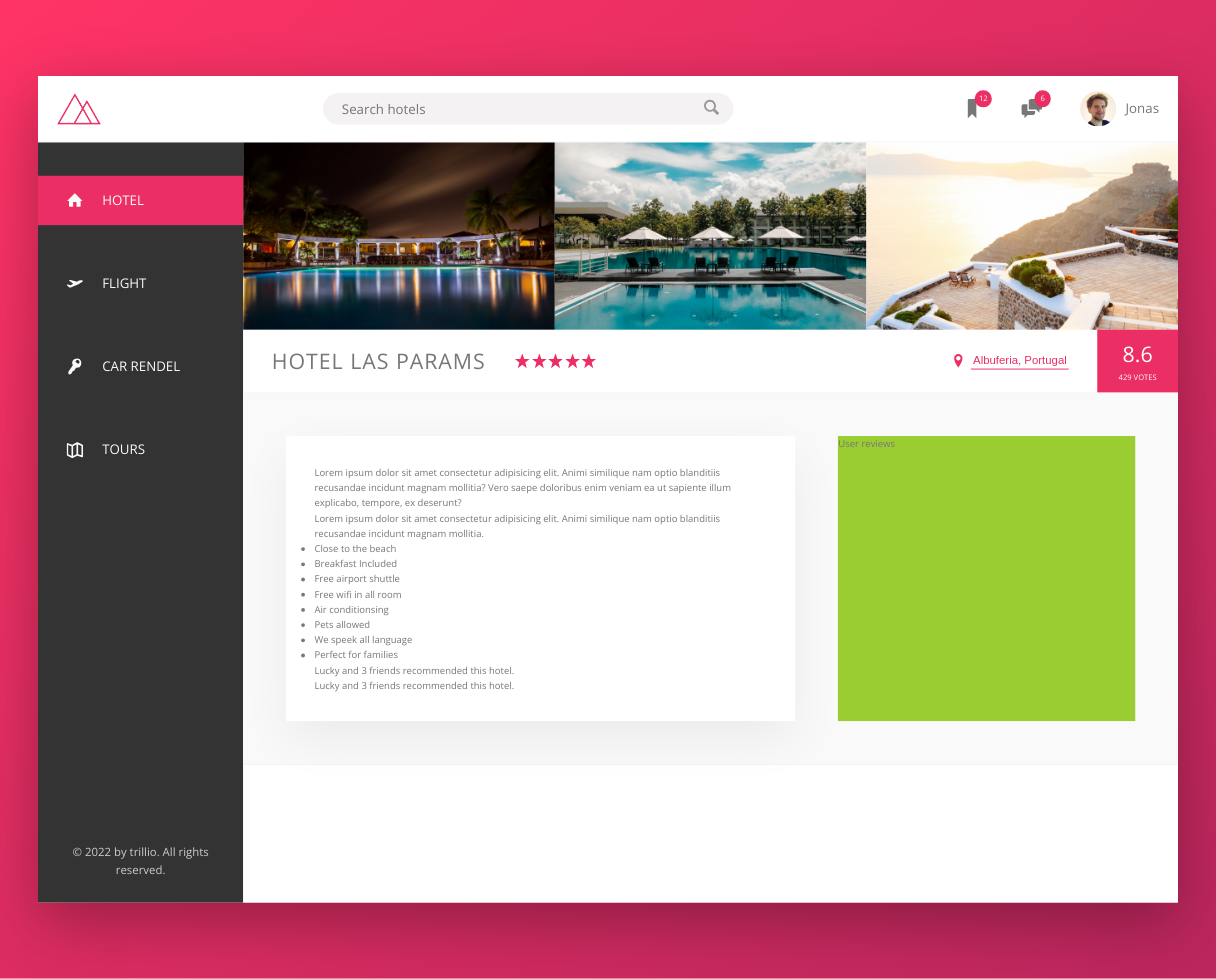
Repository: mohamediyas/flex_website
Page: index.html
The author's editor kept a copy of each file at every save. The page is drawn from the files as they stood at one save, then again after the next save.
The browser window is 1280 px wide. The pictures show the whole page, at 95% of full size.
The style sheet was rebuilt from its Sass, Less or Tailwind sources for each picture, by a compiler version that may differ from the author's.

Above is the page before, as saved 2022-08-06 14:00:11.

### index.html
<!DOCTYPE html>
<html lang="en">
  <head>
    <meta charset="UTF-8" />
    <meta name="viewport" content="width=device-width, initial-scale=1.0" />
    <meta http-equiv="X-UA-Compatible" content="ie=edge" />

    <link
      href="https://fonts.googleapis.com/css?family=Open+Sans:300,400,600"
      rel="stylesheet"
    />
    <link rel="stylesheet" href="css/style.css" />
    <link rel="shortcut icon" type="image/png" href="img/favicon.png" />

    <title>nexter &mdash; your home, your freedom</title>
  </head>
  <body>
    <div class="container">
      <header class="header">
        <img src="img/logo.png" alt="trilio logo" class="logo" />
        <form action="#" class="search">
          <input
            type="text"
            class="search__input"
            placeholder="Search hotels"
          />
          <button class="search__button">
            <svg class="search__icon">
              <use xlink:href="img/sprite.svg#icon-magnifying-glass"></use>
            </svg>
          </button>
        </form>

        <nav class="user-nav">
          <div class="user-nav__icon-box">
            <svg class="user-nav__icon">
              <use xlink:href="img/sprite.svg#icon-bookmark"></use>
            </svg>
            <span class="user-nav__notification">12</span>
          </div>
          <div class="user-nav__icon-box">
            <svg class="user-nav__icon">
              <use xlink:href="img/sprite.svg#icon-chat"></use>
            </svg>
            <span class="user-nav__notification">6</span>
          </div>
          <div class="user-nav__user">
            <img
              src="img/user.jpg"
              alt="user image"
              class="user-nav__user-photo"
            />
            <span class="user-nav__user-name">Jonas</span>
          </div>
        </nav>
      </header>
      <div class="content">
        <nav class="sidebar">
          <ul class="side-nav">
            <li class="side-nav__item side-nav__item--active">
              <a href="#" class="side-nav__link">
                <svg class="side-nav__icon">
                  <use xlink:href="img/sprite.svg#icon-home"></use>
                </svg>
                <span>Hotel</span>
              </a>
            </li>
            <li class="side-nav__item">
              <a href="#" class="side-nav__link">
                <svg class="side-nav__icon">
                  <use xlink:href="img/sprite.svg#icon-aircraft-take-off"></use>
                </svg>
                <span>Flight</span>
              </a>
            </li>
            <li class="side-nav__item">
              <a href="#" class="side-nav__link">
                <svg class="side-nav__icon">
                  <use xlink:href="img/sprite.svg#icon-key"></use>
                </svg>
                <span>Car Rendel</span>
              </a>
            </li>
            <li class="side-nav__item">
              <a href="#" class="side-nav__link">
                <svg class="side-nav__icon">
                  <use xlink:href="img/sprite.svg#icon-map"></use>
                </svg>
                <span>Tours</span>
              </a>
            </li>
          </ul>
          <div class="legal">&copy; 2022 by trillio. All rights reserved.</div>
        </nav>
        <main class="hotel">
          <div class="gallery">
            <figure class="gallery__item">
              <img
                src="img/hotel-1.jpg"
                aria-label="home photot"
                alt=""
                class="gallery__photo"
              />
            </figure>

            <figure class="gallery__item">
              <img
                src="img/hotel-2.jpg"
                aria-label="home photot"
                alt=""
                class="gallery__photo"
              />
            </figure>

            <figure class="gallery__item">
              <img
                src="img/hotel-3.jpg"
                aria-label="home photot"
                alt=""
                class="gallery__photo"
              />
            </figure>
          </div>
          <div class="overview">
            <h1 class="overview__heading">Hotel las params</h1>
            <div class="overview__stars">
              <svg class="overview__icon-star">
                <use xlink:href="img/sprite.svg#icon-star"></use>
              </svg>
              <svg class="overview__icon-star">
                <use xlink:href="img/sprite.svg#icon-star"></use>
              </svg>
              <svg class="overview__icon-star">
                <use xlink:href="img/sprite.svg#icon-star"></use>
              </svg>
              <svg class="overview__icon-star">
                <use xlink:href="img/sprite.svg#icon-star"></use>
              </svg>
              <svg class="overview__icon-star">
                <use xlink:href="img/sprite.svg#icon-star"></use>
              </svg>
            </div>
            <div class="overview__location">
              <svg class="overview__icon-location">
                <use xlink:href="img/sprite.svg#icon-location-pin"></use>
              </svg>
              <button class="btn-inline">Albuferia, Portugal</button>
            </div>

            <div class="overview__rating">
              <div class="overview__rating-average">8.6</div>

              <div class="overview__rating-count">429 votes</div>
            </div>
          </div>
          <div class="detail">
            <div class="description">
              <p class="paragraph">
                Lorem ipsum dolor sit amet consectetur adipisicing elit. Animi
                similique nam optio blanditiis recusandae incidunt magnam
                mollitia? Vero saepe doloribus enim veniam ea ut sapiente illum
                explicabo, tempore, ex deserunt?
              </p>
              <p class="paragraph">
                Lorem ipsum dolor sit amet consectetur adipisicing elit. Animi
                similique nam optio blanditiis recusandae incidunt magnam
                mollitia.
              </p>
              <ul class="list">
                <li class="list__item">Close to the beach</li>
                <li class="list__item">Breakfast Included</li>
                <li class="list__item">Free airport shuttle</li>
                <li class="list__item">Free wifi in all room</li>
                <li class="list__item">Air conditionsing</li>
                <li class="list__item">Pets allowed</li>
                <li class="list__item">We speek all language</li>
                <li class="list__item">Perfect for families</li>
              </ul>
              <div class="recommend">
                <p class="recommend__count">
                  Lucky and 3 friends recommended this hotel.
                </p>
                <div class="recommend__friends">
                  Lucky and 3 friends recommended this hotel.
                </div>
              </div>
            </div>
            <div class="user-reviews">User reviews</div>
          </div>
        </main>
      </div>
    </div>
  </body>
</html>

### sass/_base.scss
// COLOR VARIABLES

:root {
  --color-primary: #eb2f64;
  --color-primary-light: #ff3366;
  --color-primary-dark: #ba265d;

  --color-grey-light-1: #faf9f9;
  --color-grey-light-2: #f4f2f2;
  --color-grey-light-3: #f0eeee;
  --color-grey-light-4: #ccc;

  --color-grey-dark-1: #333;
  --color-grey-dark-2: #777;
  --color-grey-dark-3: #999;

  --shadow-dark: 0 2rem 6rem rgba(0, 0, 0, 0.3);
  --shadow-light: 0 2rem 5rem rgba(0, 0, 0, 0.06);

  --line: 1px solid var(--color-grey-light-2);
}

* {
  margin: 0;
  padding: 0;
}

*,
*::after,
*::before {
  box-sizing: inherit;
}

html {
  box-sizing: border-box;
  font-size: 62.5%;
}

body {
  background-image: linear-gradient(
    to right bottom,
    var(--color-primary-light),
    var(--color-primary-dark)
  );
  font-family: "Open Sans", sans-serif;
  font-weight: 400;
  line-height: 1.6;
  background-size: cover;
  background-repeat: no-repeat;
  min-height: 100vh;
  color: var(--color-grey-dark-2);
}

### sass/_components.scss
.logo {
  height: 3.25rem;
  margin-left: 2rem;
}

.search {
  flex: 0 0 40%;

  display: flex;
  justify-content: center;
  align-items: center;

  &__input {
    font-family: inherit;
    font-size: inherit;
    background-color: var(--color-grey-light-2);
    border: none;
    color: inherit;
    padding: 0.7rem 2rem;
    border-radius: 100px;
    width: 90%;
    transition: all 0.2s;
    margin-right: -3.25rem;
    &:focus {
      outline: none;
      width: 100%;
      background-color: var(--color-grey-light-3);
    }
  }

  &::-webkit-input-placeholder {
    font-weight: 100;
    color: var(--color-grey-light-4);
  }

  &__input:focus + &__button {
    background-color: var(--color-grey-light-3);
  }

  &__button {
    border: none;
    background-color: var(--color-grey-light-2);

    &:focus {
      outline: none;
    }

    &:active {
      transform: translateY(2px);
    }
  }

  &__icon {
    height: 2rem;
    width: 2rem;
    fill: var(--color-grey-dark-3);
  }
}

.user-nav {
  align-self: stretch;
  display: flex;
  align-items: center;

  & > * {
    padding: 0 2rem;
    cursor: pointer;
    height: 100%;
    display: flex;
    align-items: center;
  }

  & > *:hover {
    background-color: var(--color-grey-light-2);
  }

  &__icon-box {
    position: relative;
  }

  &__icon {
    height: 2.25rem;
    width: 2.25rem;
    fill: var(--color-grey-dark-2);
  }

  &__notification {
    font-size: 0.8rem;
    height: 1.75rem;
    width: 1.75rem;
    border-radius: 50%;
    background-color: var(--color-primary);
    color: #fff;
    position: absolute;
    top: 1.5rem;
    right: 1.1rem;
    display: flex;
    justify-content: center;
    align-items: center;
  }

  &__user {
  }

  &__user-photo {
    height: 3.75rem;
    border-radius: 50%;
    margin-right: 1rem;
  }

  &__user-name {
  }
}

// side navigation

.side-nav {
  font-size: 1.4rem;
  list-style: none;
  margin-top: 3.5rem;

  &__item {
    position: relative;

    &:not(:last-child) {
      margin-bottom: 3.5rem;
    }
  }

  &__item::before {
    content: "";
    position: absolute;
    top: 0;
    left: 0;
    height: 100%;
    width: 3px;
    background-color: var(--color-primary);
    transform: scaleY(0);
    transition: transform 0.2s, width 0.4s cubic-bezier(1, 0, 0, 1) 0.2s;
  }

  &__item:hover:before,
  &__item--active::before {
    transform: scaleY(1);
    width: 100%;
  }

  &__item:active:before {
    background-color: var(--color-primary-light);
  }

  &__link:link,
  &__link:visited {
    color: var(--color-grey-light-1);
    text-decoration: none;
    text-transform: uppercase;
    display: block;
    padding: 1.5rem 3rem;
    z-index: 10;
    position: relative;
    display: flex;
    align-items: center;
  }

  &__link:hover {
    color: white;
  }

  &__icon {
    width: 1.75rem;
    height: 1.75rem;
    margin-right: 2rem;
    fill: currentColor;
  }
}

.legal {
  font-size: 1.2rem;
  text-align: center;
  color: var(--color-grey-light-4);
  padding: 2.5rem;
}

.gallery {
  display: flex;

  &__photo {
    width: 100%;
    display: block;
  }
}

.overview {
  display: flex;
  border-bottom: 1px solid var(--color-grey-light-2);
  align-items: center;

  &__heading {
    font-size: 2.25rem;
    font-weight: 300;
    text-transform: uppercase;
    letter-spacing: 1px;
    padding: 1.5rem 3rem;
  }
  &__stars {
    // flex: 1;
    margin-right: auto;
    display: flex;
  }
  &__icon-star,
  &__icon-location {
    width: 1.75rem;
    height: 1.75rem;
    fill: var(--color-primary);
  }
  &__location {
    font-size: 1.2rem;
    display: flex;
    align-items: center;
  }

  &__icon-location {
    margin-right: 0.5rem;
  }

  &__rating {
    background-color: var(--color-primary);
    margin-left: 3rem;
    color: #fff;
    align-self: stretch;
    padding: 0 2.25rem;

    display: flex;
    flex-direction: column;
    align-items: center;
    justify-content: center;
  }
  &__rating-average {
    font-size: 2.25rem;
    font-weight: 300;
  }
  &__rating-count {
    font-size: 0.8rem;
    text-transform: uppercase;
  }
}

### sass/_layout.scss
.container {
  max-width: 120rem;
  margin: 8rem auto;
  background-color: var(--color-grey-light-2);
  box-shadow: var(--shadow-dark);
  min-height: 50rem;
}

.header {
  font-size: 1.4rem;
  height: 7rem;
  background-color: #fff;
  border-bottom: 1px solid var(--color-grey-light-2);
  display: flex;
  justify-content: space-between;
  align-items: center;
}

.content {
  display: flex;
}

.sidebar {
  background-color: var(--color-grey-dark-1);
  flex: 0 0 18%;
  display: flex;
  flex-direction: column;
  justify-content: space-between;
}

.hotel {
  background-color: #fff;
  height: 80rem;
  flex: 1;
}

.detail {
  display: flex;
  padding: 4.5rem;
  background-color: var(--color-grey-light-1);
  border-bottom: var(--line);
}

.description {
  background-color: #fff;
  flex: 0 0 60%;
  margin-right: 4.5rem;
  box-shadow: var(--shadow-light);
  padding: 3rem;
}

.user-reviews {
  background-color: yellowgreen;
  flex: 1;
}

.btn-inline {
  border: none;
  color: var(--color-primary);
  font-size: inherit;
  border-bottom: 1px solid currentColor;
  padding: 2px;
  display: inline-block;
  background-color: transparent;
  cursor: pointer;

  &:hover {
    color: var(--color-grey-dark-1);
  }

  &:focus {
    outline: none;
    animation: pulsate 1s infinite;
  }
}

@keyframes pulsate {
  0% {
    transform: scale(1);
    box-shadow: none;
  }
  50% {
    transform: scale(1.05);
    box-shadow: 0 1rem 4rem rgba(0, 0, 0, 0.25);
  }
  100% {
    transform: scale(1);
    box-shadow: none;
  }
}

Loaded but not shown: sass/main.scss (common file)

After the next save:
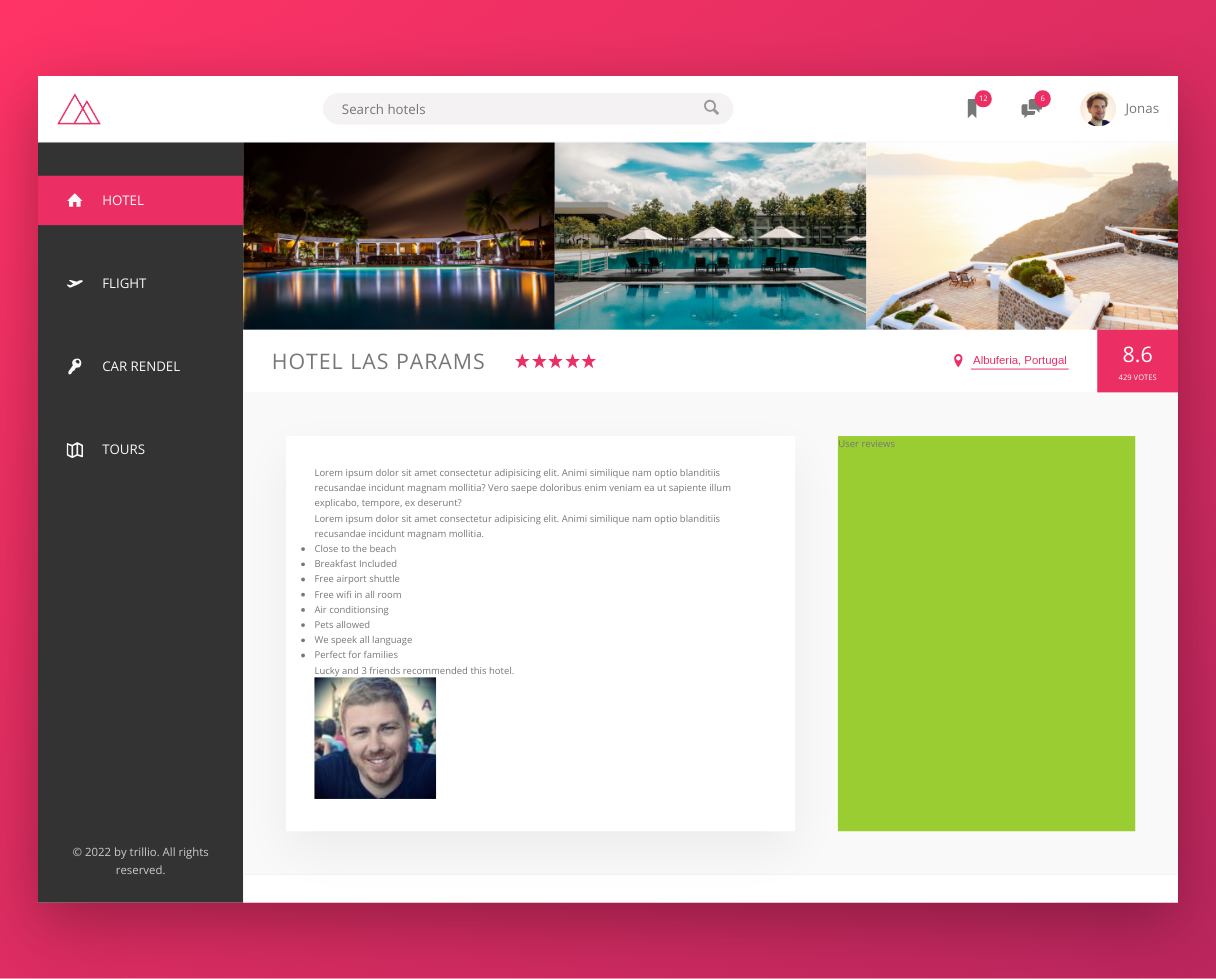
Saved 62 s later.
--- a/index.html
+++ b/index.html
@@ -181,7 +181,7 @@
                   Lucky and 3 friends recommended this hotel.
                 </p>
                 <div class="recommend__friends">
-                  Lucky and 3 friends recommended this hotel.
+                  <img src="img/user-3.jpg" alt="" class="recommend__photo" />
                 </div>
               </div>
             </div>
